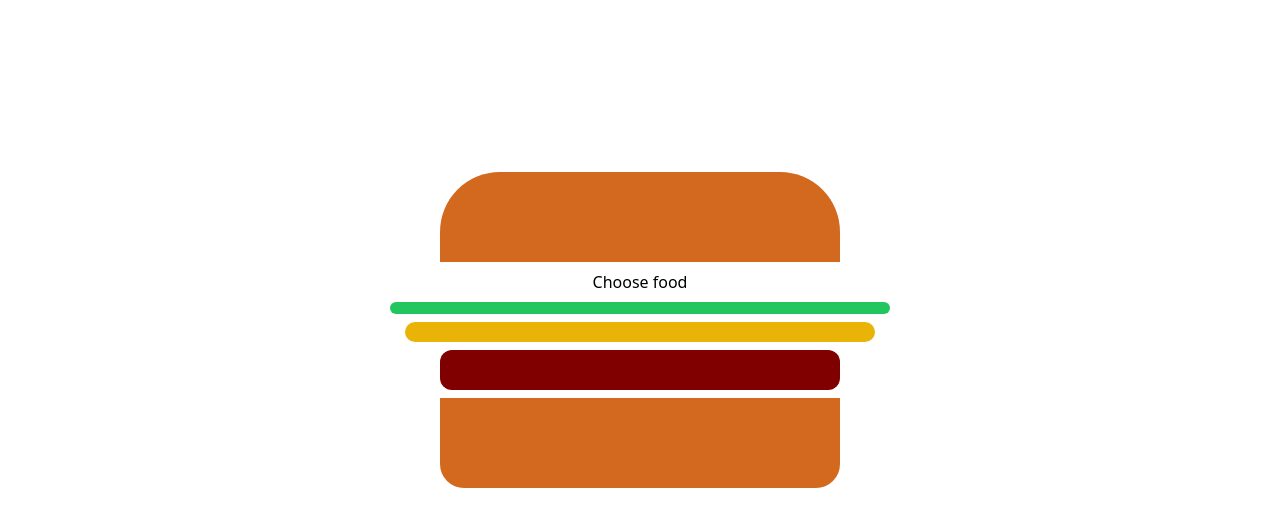
Repository: baobaodeveloper/bootcamp21_HuynhAnhBao_Burger
Page: /
These files come from the project's save history. The page is drawn as it stood at one moment and after the next save; the edit follows.
The browser window is 1280 px wide. The pictures show the whole page.
The project was rebuilt for these pictures with package versions that can differ from the ones it lists, and the page was loaded fresh each time. Also part of the build but not shown: vite.config.js.

Above is the page before, as saved 2022-05-15 16:48:34.

### src/App.jsx
import Burger from "./components/Burger";

function App() {
  return <Burger></Burger>;
}

export default App;

### src/components/Burger.jsx
import React from "react";

export default function Burger() {
  return (
    <div>
      <div className="flex items-center gap-x-5 w-screen h-screen mx-auto justify-center">
        <div className="flex flex-col justify-center items-center gap-y-2 w-[400px]">
          <div className="bg-[#D2691E] w-full h-[30px] relative">
            <div className="bg-[#D2691E] w-full h-[60px] absolute top-0 left-0 -translate-y-[60px] rounded-tl-full rounded-tr-full"></div>
          </div>
          <p>Choose food</p>
          {/* loop here */}
          <div className="h-3 bg-green-500 w-[500px] rounded-full"></div>
          <div className="h-5 bg-yellow-500 w-[470px] rounded-full"></div>
          <div className="h-10 bg-[#800000] w-[400px] rounded-xl"></div>

          <div className="w-full bg-[#D2691E] h-[90px] rounded-br-3xl rounded-bl-3xl"></div>
        </div>
      </div>
    </div>
  );
}

Loaded but not shown: index.html (common file); src/main.jsx (common file); src/index.scss (common file); tailwind.config.js (common file)

After the next save:
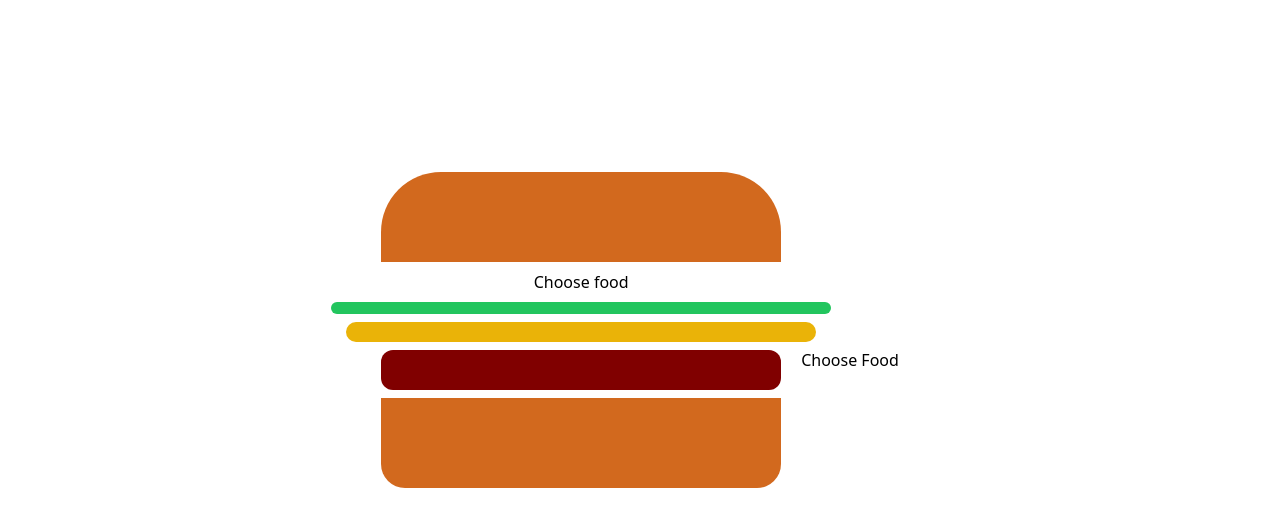
Saved 81 s later.
--- a/src/components/Burger.jsx
+++ b/src/components/Burger.jsx
@@ -16,6 +16,10 @@ export default function Burger() {
 
           <div className="w-full bg-[#D2691E] h-[90px] rounded-br-3xl rounded-bl-3xl"></div>
         </div>
+
+        <div className="">
+          <h2>Choose Food</h2>
+        </div>
       </div>
     </div>
   );
